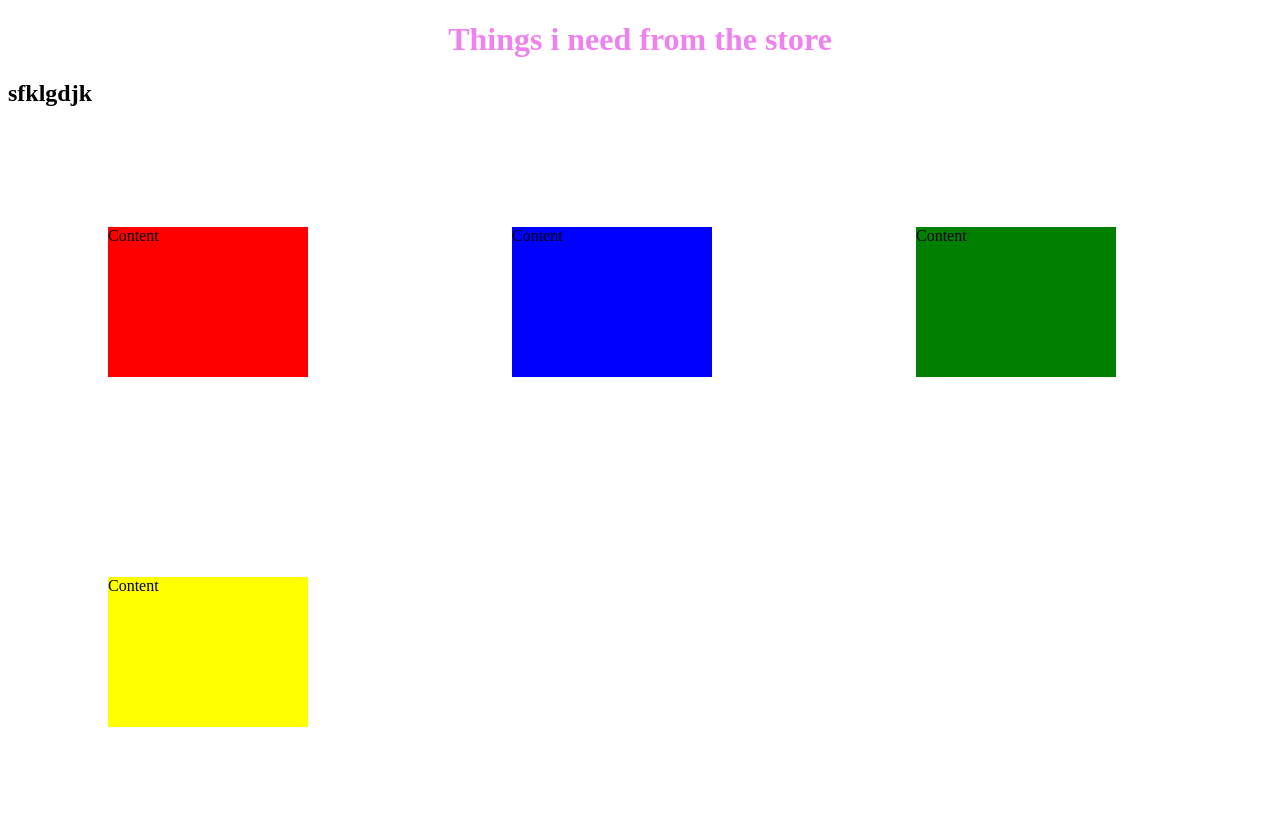
Repository: TheTroyPhillips/Block14
Page: Coursework/Block06/index.html
An editor plug-in stored every save of this project. The page is shown before and after a run of saves, followed by the edit.
The browser window is 1280 px wide. The pictures show the whole page.

Above is the page before, as saved 2023-08-29 17:22:39.

After the next 6 saves:
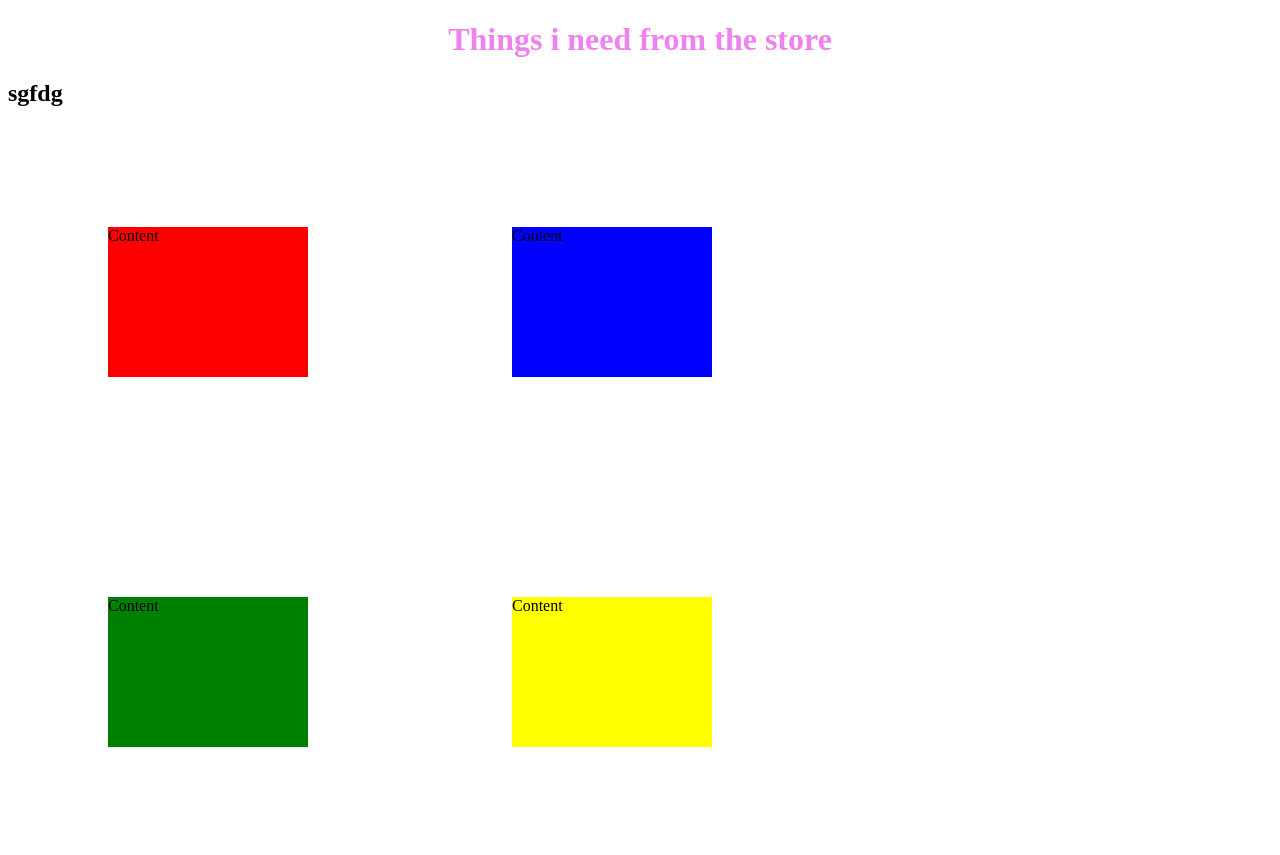
The 6 saves are shown as one change because they came seconds apart.
The last was saved 2 min 33 s later.
--- a/Coursework/Block06/index.html
+++ b/Coursework/Block06/index.html
@@ -8,9 +8,10 @@
 </head>
 <body>
     <h1> Things i need from the store</h1>
-    <h2> sfklgdjk</h2>
+    <h2> sgfdg</h2>
     <div class="Box Red"> Content </div>
     <div class="Box Blue"> Content </div>
+    <h2></h2>
     <div class="Box Green"> Content </div>
     <div class="Box Yellow"> Content </div>
 
